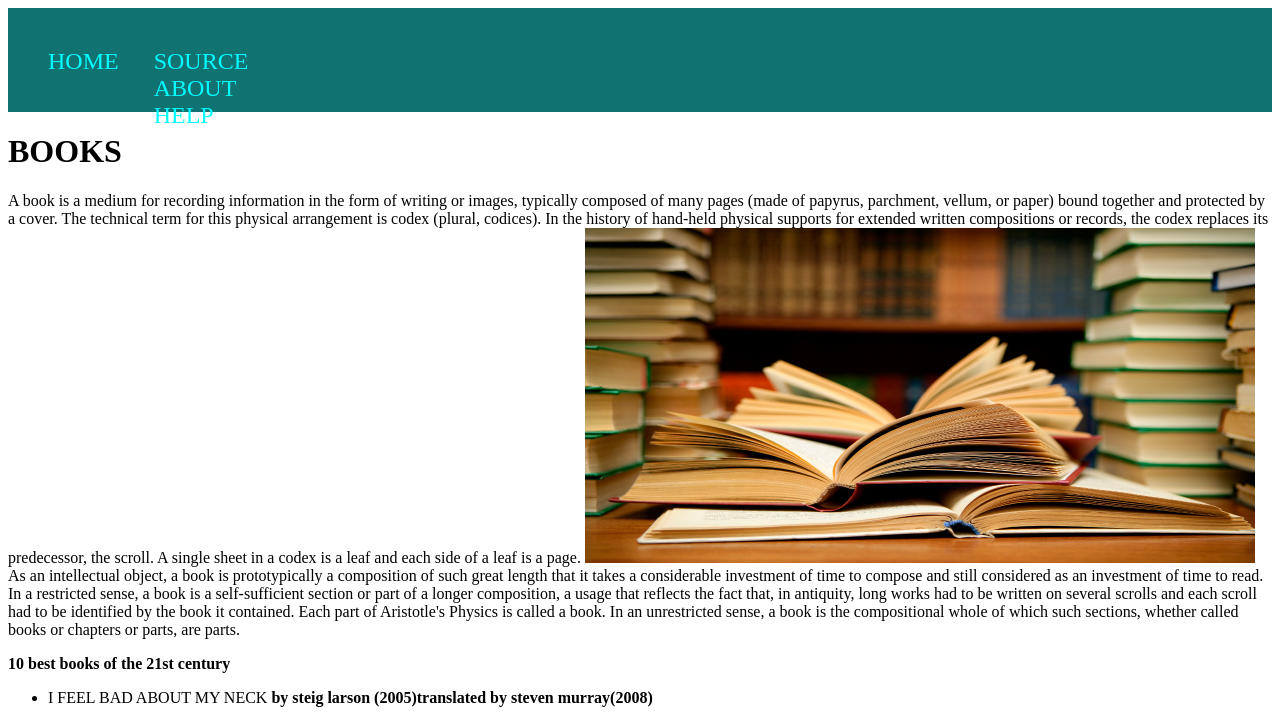
Repository: Hanan-arts/websites
Page: 01 web design/website.html
An editor plug-in stored every save of this project. The page is shown before and after a run of saves, followed by the edit.
The browser window is 1280 px wide. The pictures show the whole page.

Above is the page before, as saved 2021-02-13 21:05:00.

After the next 2 saves:
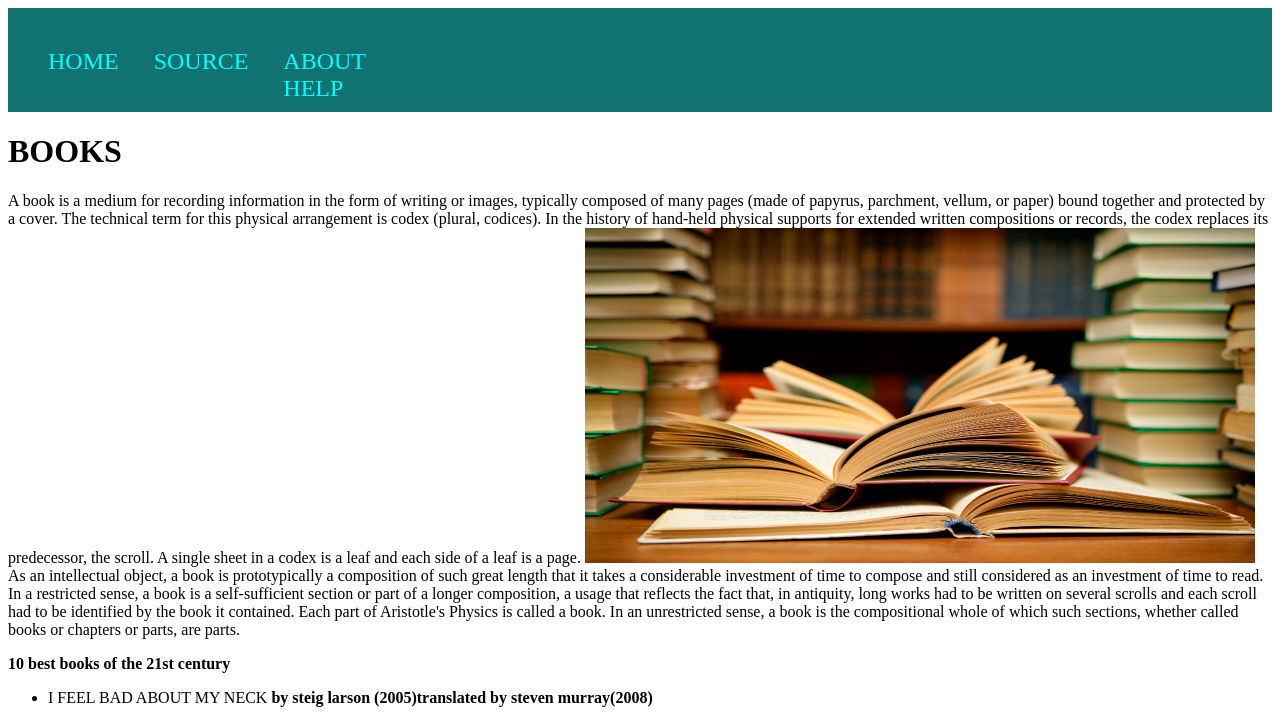
The 2 saves are shown as one change because they came seconds apart.
The last was saved 70 s later.
--- a/01 web design/website.html
+++ b/01 web design/website.html
@@ -15,7 +15,7 @@
                 <a href="website.html">HOME</a>
             </div>
             <div class="nav-link-wrapper">
-                <a href="Source.html">SOURCE</a>
+                <a href="Source.html">SOURCE</a></div>
                 <div class="nav-link-wrapper">
                     <a href="About.html">ABOUT</a>
                     <div class="nav-link-wrapper">
